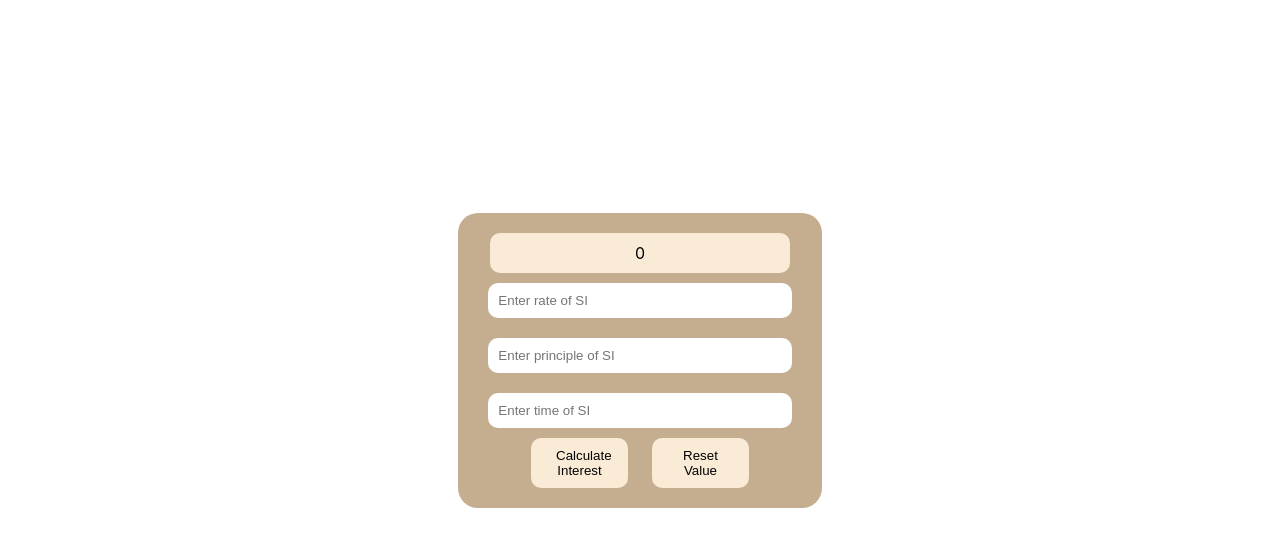
Repository: purnimapatel/SI-calculator
Page: /
These files come from the project's save history. The page is drawn as it stood at one moment and after the next save; the edit follows.
The browser window is 1280 px wide. The pictures show the whole page.
The project was rebuilt for these pictures with package versions that can differ from the ones it lists, and the page was loaded fresh each time.

Above is the page before, as saved 2024-08-26 12:13:39.

### src/App.jsx
import './App.css';
import { useState } from 'react';

function App() {
  const[rate, setRate]=(useState(''));
  const[principle, setPrinciple]=(useState());
  const[time, setTime]=(useState(''));
  const[res, setRes]=(useState(0));
  return(

    <div className="container">
    <div className="container1">
    <div className="result">
    {res}
    </div>


    <input
        type="number"
        id = "field"
        value={rate}
        onChange={(e) => setRate(Number(e.target.value))}
        placeholder="Enter rate of SI"
      />
      <input
        type="number"
        id="field"
        value={principle}
        onChange={(e) => setPrinciple(Number(e.target.value))}
        placeholder="Enter principle of SI"
      />
      <input
        type="number"
        id = "field"
        value={time}
        onChange={(e) => setTime(Number(e.target.value))}
        placeholder="Enter time of SI"
      />
      <div>
      <button className='btn' onClick={result}>Calculate Interest</button>
      <button className='btn' onClick={resetValue}>Reset Value</button>
      </div>

    </div>
    </div>

  )
  function result(){

    setRate('');
    setPrinciple('');
    setTime('');
    setRes(`The Simple Interest is: ${(rate*principle*time)/100}`)

}
function resetValue(){
  setRes(`0`);
}




}


export default App;

### src/App.css
.App {
  text-align: center;

}
.container{
  display: flex;
  justify-content: center;
  align-items:center;
  height:100vh;

}
.container1{

  background-color:rgb(197, 174, 144);
  display:flex;
  text-align: center;
  flex-direction: column;
  justify-content: center;
  height: auto;
  width:auto;
  padding:20px;
  border-radius: 20px;

}
.result{
  display: flex;
  text-align: center;
  justify-content: center;
  margin:0px 12px;
  padding:10px 0px;
  background-color:antiquewhite;
  border-radius:10px;

}
input[type=number]::-webkit-outer-spin-button,
input[type=number]::-webkit-inner-spin-button {
    -webkit-appearance: none;
    margin: 0;
}

/* Remove the spinner in Firefox */
input[type=number] {
    -moz-appearance: textfield;
}
#field{
  margin:10px;
  padding:10px;
  border-radius:10px;
  border:none;
}
.btn{
  margin:0px 12px;
  padding:10px 25px;
  border:none;
  border-radius: 10px;
  background-color:antiquewhite;
  width:30%;
}
.btn:hover{
  background-color:rgb(205, 214, 174);
  cursor: pointer;
}

Loaded but not shown: public/index.html (common file); src/index.js (common file); src/index.css (common file); src/reportWebVitals.js (common file)

After the next save:
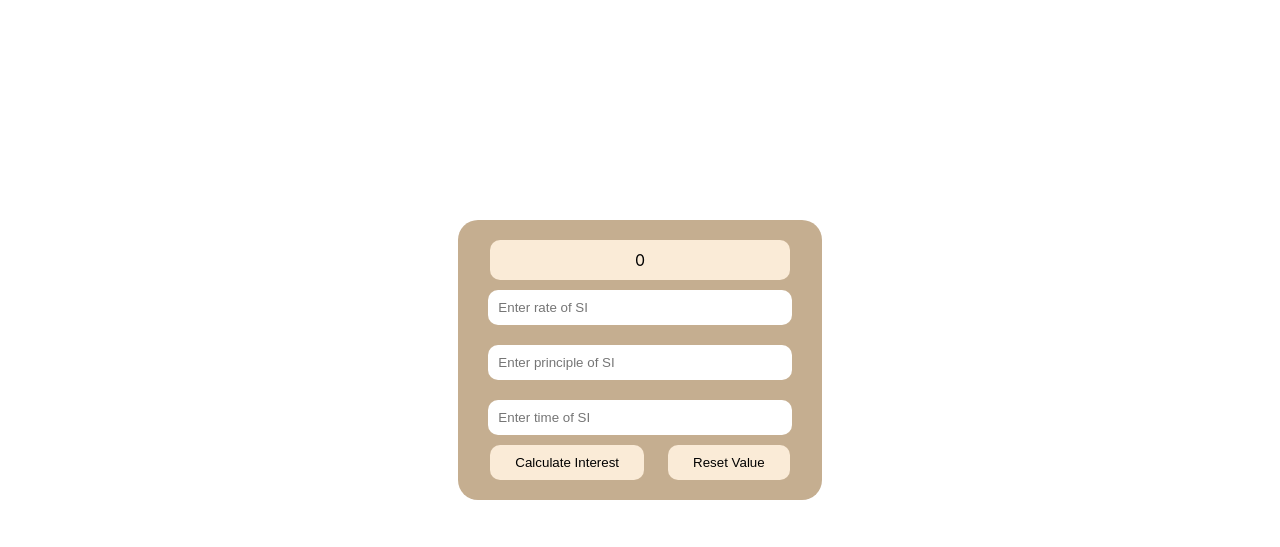
Saved 11 s later.
--- a/src/App.css
+++ b/src/App.css
@@ -54,7 +54,6 @@ input[type=number] {
   border:none;
   border-radius: 10px;
   background-color:antiquewhite;
-  width:30%;
 }
 .btn:hover{
   background-color:rgb(205, 214, 174);
